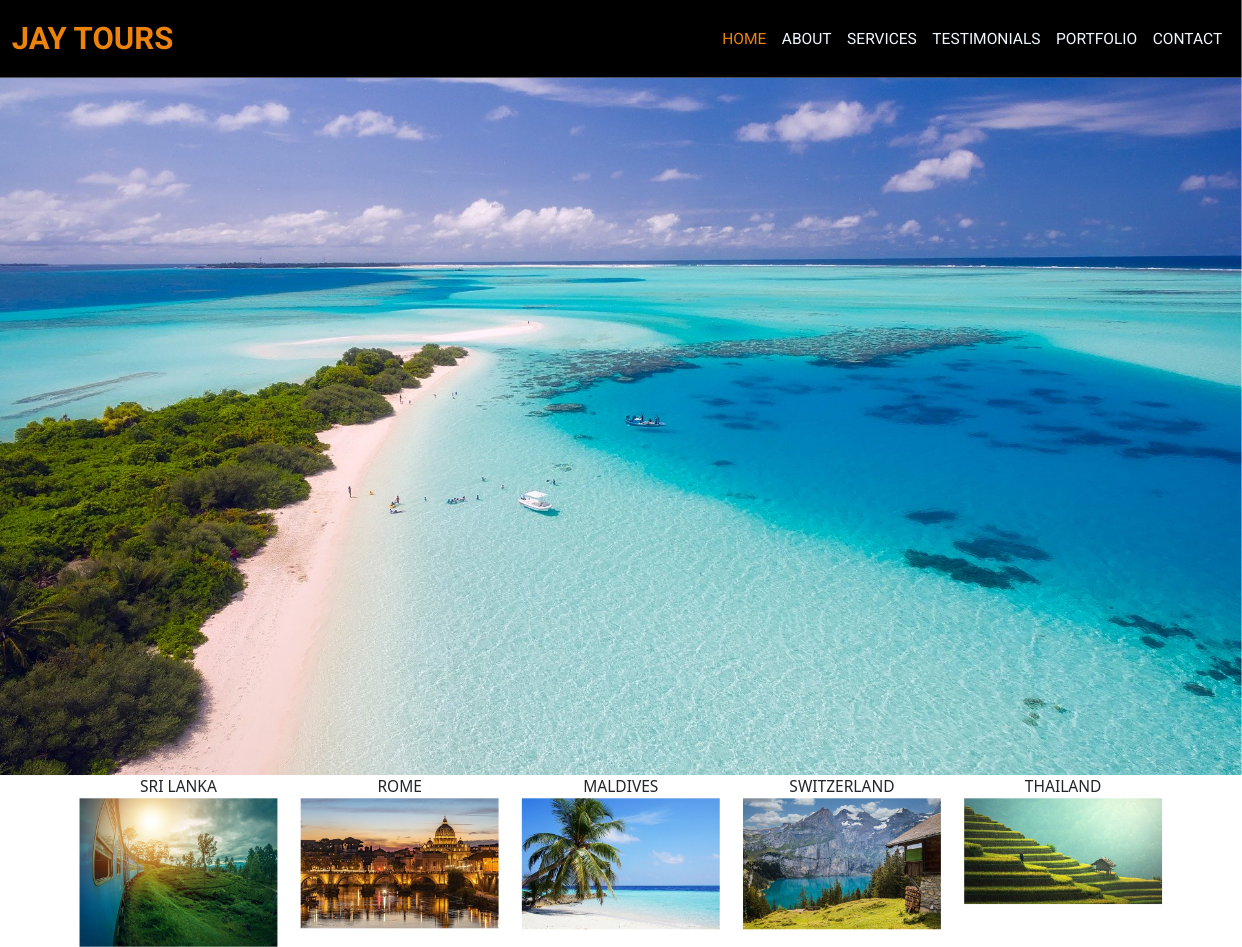
Repository: kasundiudn/Jay-Travel
Page: index.html
An editor plug-in stored every save of this project. The page is shown before and after a run of saves, followed by the edit.
The browser window is 1280 px wide. The pictures show the whole page, at 97% of full size.

Above is the page before, as saved 2025-06-26 10:20:56.

### index.html
<!doctype html>
<html lang="en">
  <head>
    <meta charset="utf-8">
    <meta name="viewport" content="width=device-width, initial-scale=1">
    <title>Bootstrap demo</title>
    <link rel="preconnect" href="https://fonts.googleapis.com">
    <link rel="preconnect" href="https://fonts.gstatic.com" crossorigin>
    <link href="https://fonts.googleapis.com/css2?family=Roboto:ital,wght@0,100..900;1,100..900&display=swap" rel="stylesheet">
    <link href="https://cdn.jsdelivr.net/npm/bootstrap@5.3.7/dist/css/bootstrap.min.css" rel="stylesheet" integrity="sha384-LN+7fdVzj6u52u30Kp6M/trliBMCMKTyK833zpbD+pXdCLuTusPj697FH4R/5mcr" crossorigin="anonymous">
  <style>
    header{  font-family: "Roboto", sans-serif;
           }
    .nav-link{
        color: aliceblue;
    }

  </style>
  </head>
  <body>
<header>
    <nav class="navbar navbar-expand-lg " style="background-color: black; height: 80px;">
  <div class="container-fluid">
    <a class="navbar-brand" href="#" style="color: #eb830c; font-weight: bold;  font-size:xx-large;">JAY TOURS</a>
    <button class="navbar-toggler" type="button" data-bs-toggle="collapse" data-bs-target="#navbarSupportedContent" aria-controls="navbarSupportedContent" aria-expanded="false" aria-label="Toggle navigation">
      <span class="navbar-toggler-icon"></span>
    </button>
    <div class="collapse navbar-collapse justify-content-end" id="navbarSupportedContent">
      <ul class="navbar-nav mb-2 mb-lg-0">
        <li class="nav-item">
          <a class="nav-link active" aria-current="page" href="#" style="color: #eb830c;">HOME</a>
        </li>
        <li class="nav-item">
          <a class="nav-link" href="#">ABOUT</a>
        </li>
         <li class="nav-item">
          <a class="nav-link" href="#">SERVICES</a>
        </li>
         <li class="nav-item">
          <a class="nav-link" href="#">TESTIMONIALS</a>
        </li>
         <li class="nav-item">
          <a class="nav-link" href="#">PORTFOLIO</a>
        </li>
         <li class="nav-item">
          <a class="nav-link" href="#">CONTACT</a>
        </li>
    </div>
  </div>
</nav>
</header>
<img src="main.jpg" alt="Beach image" style="width: 100%; height: auto;">

<div class="container text-center">
  <div class="row">
    <div class="col">
      SRI LANKA
      <img src="Sri Lanka.jpg" alt="SRI LANKA" style="width: 100%; height: ;">
    </div>
    <div class="col">
      ROME
      <img src="Rome.jpg" alt="ROME" style="width: 100%; height: auto;">
    </diV>
    <div class="col">
      MALDIVES
      <img src="Maldives.jpg" alt="MALDIVES" style="width: 100%; height: auto;">
    </div>
    <div class="col">
      SWITZERLAND
        <img src="Switzerland.jpg" alt="SWITZERLAND" style="width: 100%; height: auto;">
    </div>
    <div class="col">
      THAILAND
        <img src="Thailand.jpg" alt="THAILAND" style="width: 100%; height: auto;">
    </div>
  </div>
</div>

    <script src="https://cdn.jsdelivr.net/npm/@popperjs/core@2.11.8/dist/umd/popper.min.js" integrity="sha384-I7E8VVD/ismYTF4hNIPjVp/Zjvgyol6VFvRkX/vR+Vc4jQkC+hVqc2pM8ODewa9r" crossorigin="anonymous"></script>
<script src="https://cdn.jsdelivr.net/npm/bootstrap@5.3.7/dist/js/bootstrap.min.js" integrity="sha384-7qAoOXltbVP82dhxHAUje59V5r2YsVfBafyUDxEdApLPmcdhBPg1DKg1ERo0BZlK" crossorigin="anonymous"></script>
  </body>
</html>

After the next 4 saves:
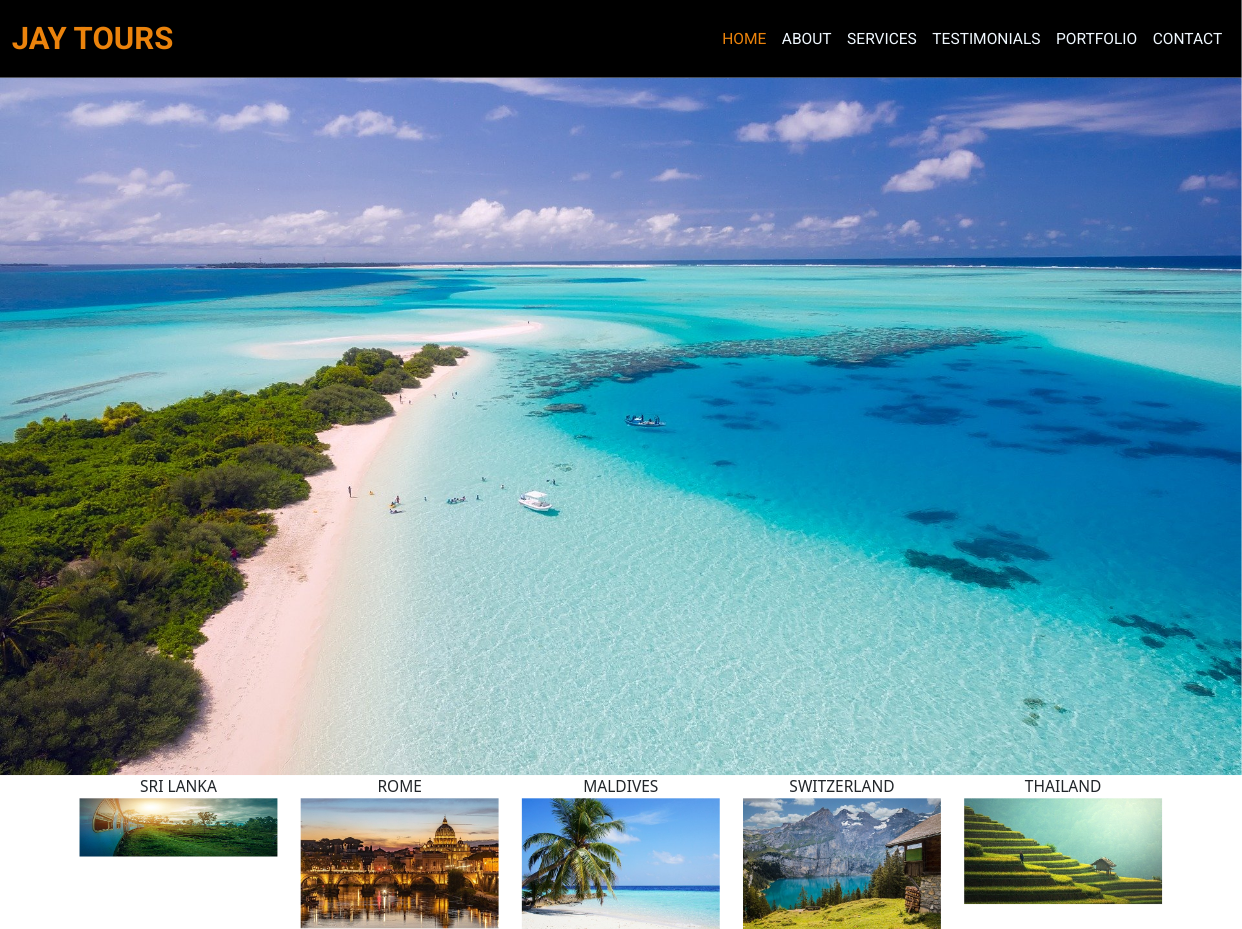
The 4 saves are shown as one change because they came seconds apart.
The last was saved 14 s later.
--- a/index.html
+++ b/index.html
@@ -55,7 +55,7 @@
   <div class="row">
     <div class="col">
       SRI LANKA
-      <img src="Sri Lanka.jpg" alt="SRI LANKA" style="width: 100%; height: ;">
+      <img src="Sri Lanka.jpg" alt="SRI LANKA" style="width: 100%; height: 60px;">
     </div>
     <div class="col">
       ROME
